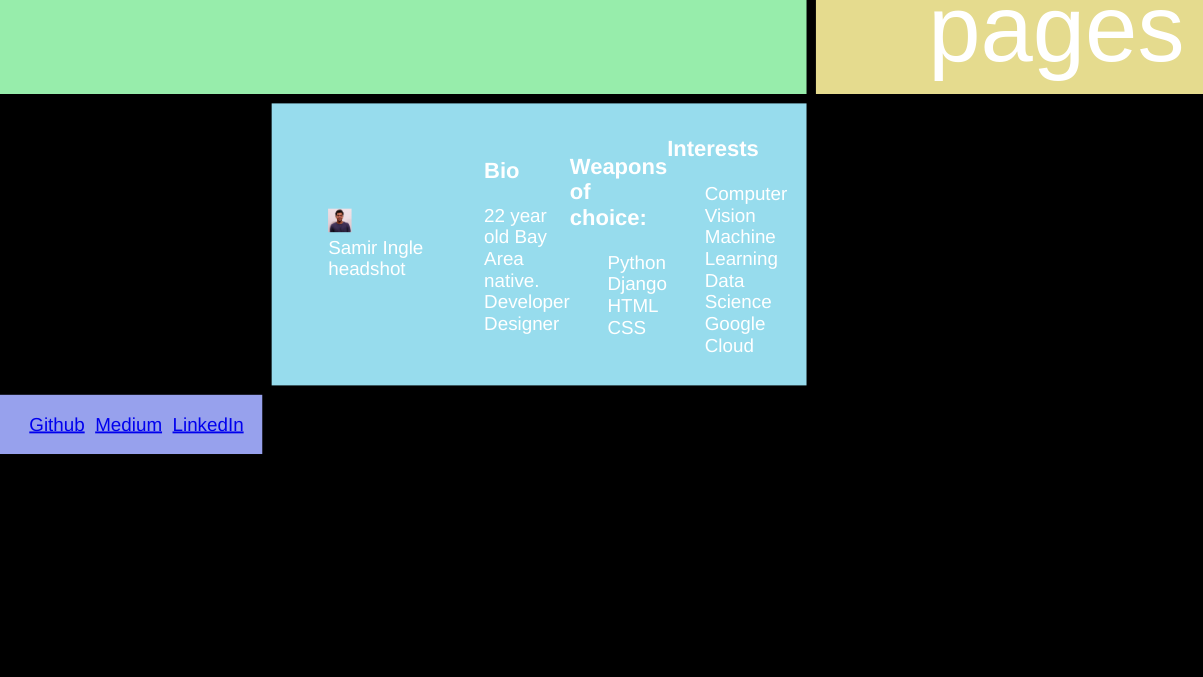
Repository: SamirIngley/html-semantic
Page: templates/about.html
The author's editor kept a copy of each file at every save. The page is drawn from the files as they stood at one save, then again after the next save.
The browser window is 1280 px wide. The pictures show the whole page, at 94% of full size.

Above is the page before, as saved 2020-02-05 21:54:50.

After the next save:
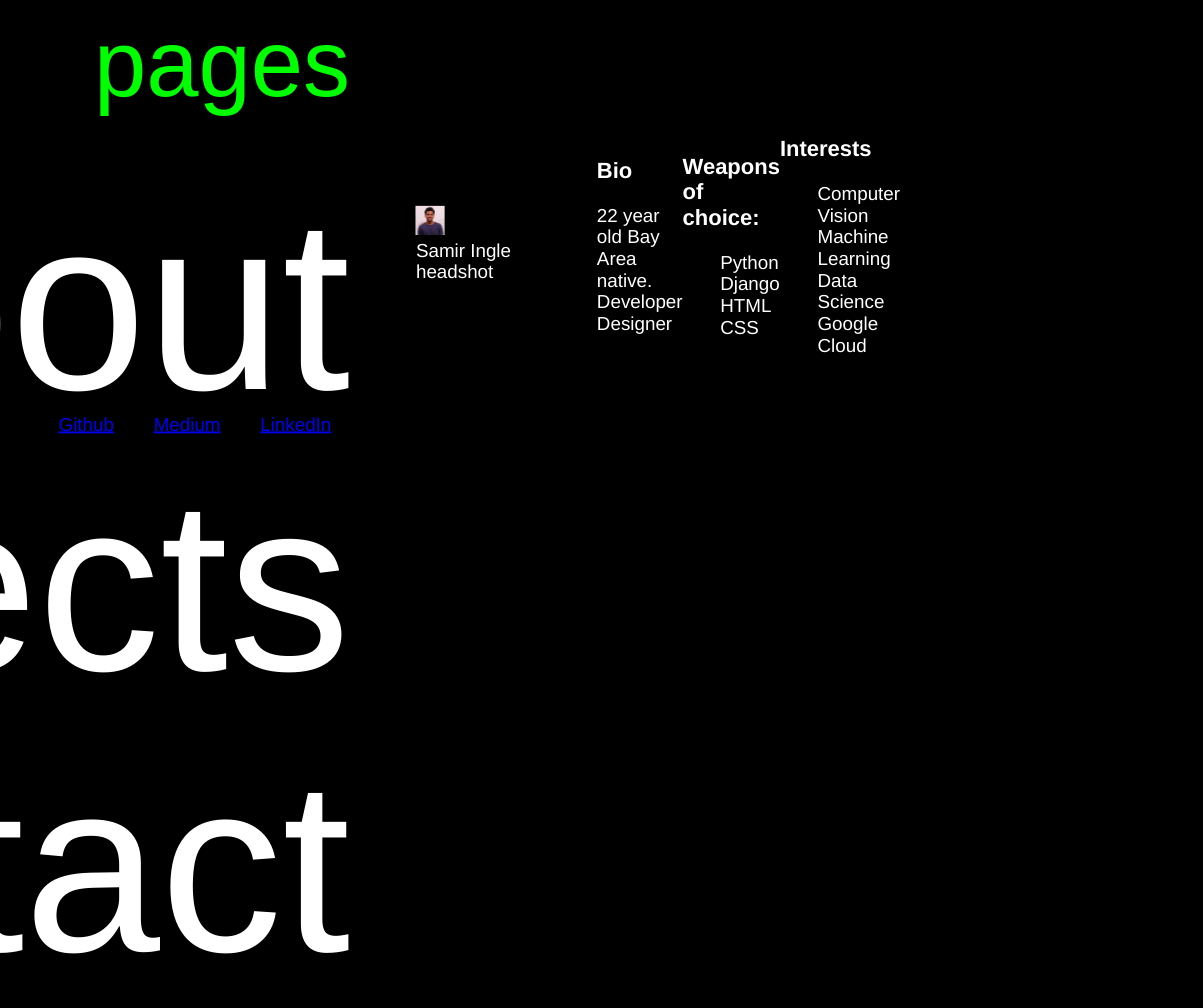
Saved 55 s later.
--- a/templates/about.html
+++ b/templates/about.html
@@ -1,14 +1,14 @@
 <!DOCTYPE html>
 <html lang="en">
 <div class="wrapper">
-    <div class="header">
+    <head>
         <meta charset="UTF-8">
         <meta name="viewport" content="width=device-width, initial-scale=1.0">
         <meta http-equiv="X-UA-Compatible" content="ie=edge">
         <link href="style.css" rel="stylesheet">
         <title>Samir Ingle</title>
-    </div>
-    <div class="header-right">
+    </head>
+    <head>
             <nav>
             <div class='dropdown'>
                 <button class='dropbtn'>pages</button>
@@ -19,7 +19,7 @@
                 </div>
             </div>
         </nav>
-    </div>
+    </head>
     <div class ="main-content">
     <!-- <center> -->
     <figure>
